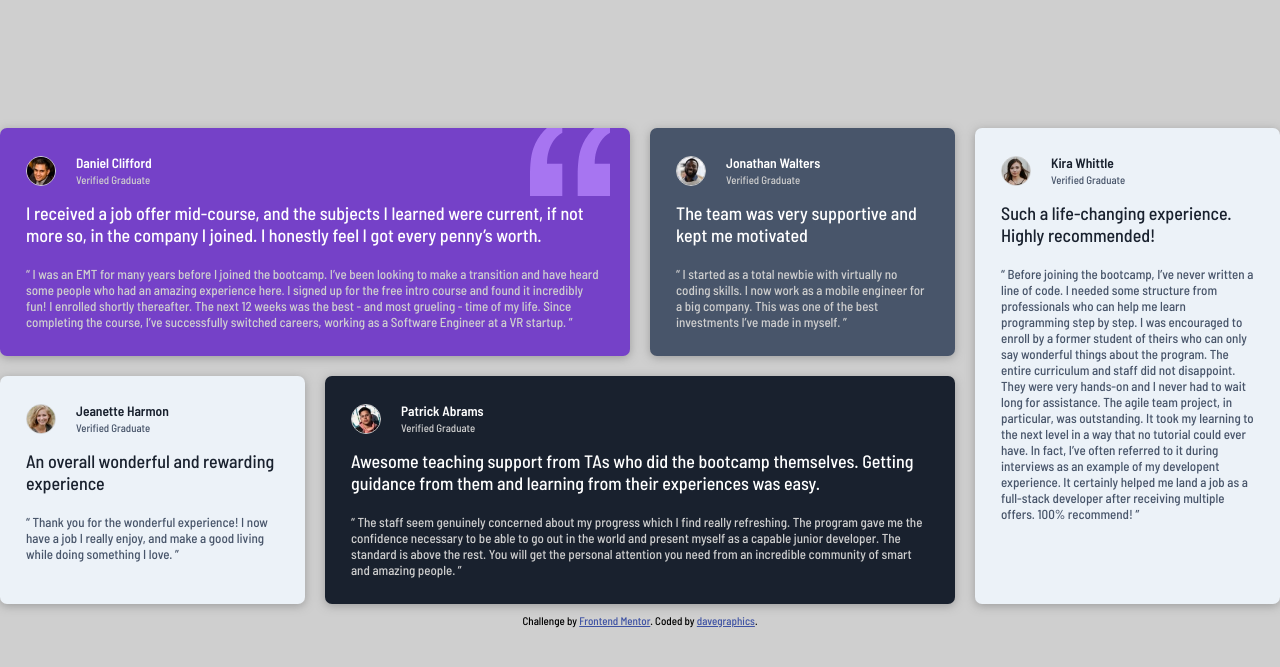
Repository: DejV44/testimonials_grid_section_main
Page: index.html
An editor plug-in stored every save of this project. The page is shown before and after the next save, followed by the edit.
The browser window is 1280 px wide. The pictures show the whole page.
The style sheet was rebuilt from its Sass, Less or Tailwind sources for each picture, by a compiler version that may differ from the author's.

Above is the page before, as saved 2021-07-15 21:11:56.

### index.html
<!DOCTYPE html>
<html lang="en">

<head>
  <meta charset="UTF-8">
  <meta name="viewport" content="width=device-width, initial-scale=1.0">
  <link rel="stylesheet" href="css/style.css">
  <link rel="icon" type="image/png" sizes="32x32" href="./images/favicon-32x32.png">
  <title>Frontend Mentor | Testimonials grid section</title>
</head>

<body>
  <div class="container">
    <div class="cards violet">
      <img class="quoation" src="./images/bg-pattern-quotation.svg" alt="quoation">
      <div class="image">
        <img src="./images/image-daniel.jpg" alt="image-daniel">
        <div>
          <h4>Daniel Clifford</h4>
          <small>Verified Graduate</small>
        </div>
      </div>
      <p>I received a job offer mid-course, and the subjects I learned were current, if not more so,
        in the company I joined. I honestly feel I got every penny’s worth.</p>
      <blockquote>“ I was an EMT for many years before I joined the bootcamp. I’ve been looking to make a
        transition and have heard some people who had an amazing experience here. I signed up
        for the free intro course and found it incredibly fun! I enrolled shortly thereafter.
        The next 12 weeks was the best - and most grueling - time of my life. Since completing
        the course, I’ve successfully switched careers, working as a Software Engineer at a VR startup. ”</blockquote>
    </div>
    <div class="cards darkgray">
      <div class="image">
        <img src="./images/image-jonathan.jpg" alt="image-jonathan">
        <div>
          <h4>Jonathan Walters</h4>
          <small>Verified Graduate</small>
        </div>
      </div>
      <p>The team was very supportive and kept me motivated</p>
      <blockquote>“ I started as a total newbie with virtually no coding skills. I now work as a mobile engineer
        for a big company. This was one of the best investments I’ve made in myself. ”</blockquote>
    </div>
    <div class="cards lgblue">
      <div class="image">
        <img src="./images/image-jeanette.jpg" alt="image-jeanette">
        <div>
          <h4>Jeanette Harmon</h4>
          <small>Verified Graduate</small>
        </div>
      </div>
      <p>An overall wonderful and rewarding experience</p>
      <blockquote>“ Thank you for the wonderful experience! I now have a job I really enjoy, and make a good living
        while doing something I love. ”</blockquote>
    </div>
    <div class="cards dbblue">
      <div class="image">
        <img src="./images/image-patrick.jpg" alt="image-patrick">
        <div>
          <h4>Patrick Abrams</h4>
          <small>Verified Graduate</small>
        </div>
      </div>
      <p>Awesome teaching support from TAs who did the bootcamp themselves. Getting guidance from them and
        learning from their experiences was easy.</p>
      <blockquote>“ The staff seem genuinely concerned about my progress which I find really refreshing. The program
        gave me the confidence necessary to be able to go out in the world and present myself as a capable
        junior developer. The standard is above the rest. You will get the personal attention you need from
        an incredible community of smart and amazing people. ”</blockquote>
    </div>
    <div class="cards lgblue_b">
      <div class="image">
        <img src="./images/image-kira.jpg" alt="image-kira">
        <div>
          <h4>Kira Whittle</h4>
          <small>Verified Graduate</small>
        </div>
      </div>
      <p>Such a life-changing experience. Highly recommended!</p>
      <blockquote>“ Before joining the bootcamp, I’ve never written a line of code. I needed some structure from
        professionals who can help me learn programming step by step. I was encouraged to enroll by a former
        student of theirs who can only say wonderful things about the program. The entire curriculum and staff
        did not disappoint. They were very hands-on and I never had to wait long for assistance. The agile team
        project, in particular, was outstanding. It took my learning to the next level in a way that no tutorial
        could ever have. In fact, I’ve often referred to it during interviews as an example of my developent
        experience. It certainly helped me land a job as a full-stack developer after receiving multiple offers.
        100% recommend! ”</blockquote>
    </div>
  </div>
  <div class="attribution">
    Challenge by <a href="https://www.frontendmentor.io?ref=challenge" target="_blank">Frontend Mentor</a>.
    Coded by <a href="#">davegraphics</a>.
  </div>
</body>

</html>

### css/style.scss
@import url("https://fonts.googleapis.com/css2?family=Barlow+Semi+Condensed:wght@500;600&display=swap");

$ModerateViolet: hsl(263, 55%, 52%);
$VeryDarkGrayishBlue: hsl(217, 19%, 35%);
$VeryDarkBlackishBlue: hsl(219, 29%, 14%);
$White: hsl(0, 0%, 100%);
$LightGray: hsl(0, 0%, 81%);
$LightGrayishBlue: hsl(210, 46%, 95%);

* {
  margin: 0;
  padding: 0;
  box-sizing: border-box;
}

body {
  font-size: 13px;
  font-family: "Barlow Semi Condensed", sans-serif;
  background-color: $LightGray;

  .container {
    display: grid;
    grid-template-columns: 1fr;
    margin: 20px;
    gap: 20px;
    .cards {
      position: relative;
      padding: 2em;
      border-radius: 7px;
      box-shadow: rgba(128, 128, 128, 0.637) 0 2px 10px;

      &.violet {
          overflow: hidden;
        background-color: $ModerateViolet;
        .quoation {
            position: absolute;
            right: 20px;
            top: -10px;
            width: 80px;
            overflow: hidden;

        }
      }

      &.darkgray {
        background-color: $VeryDarkGrayishBlue;
      }

      &.lgblue {
        background-color: $LightGrayishBlue;
        p {
          color: $VeryDarkBlackishBlue;
        }
        blockquote {
          color: $VeryDarkGrayishBlue;
        }
        .image {
          h4 {
            color: $VeryDarkBlackishBlue;
          }
          small {
            color: $VeryDarkGrayishBlue;
          }
        }
      }

      &.lgblue_b {
        background-color: $LightGrayishBlue;
        p {
          color: $VeryDarkBlackishBlue;
        }
        blockquote {
          color: $VeryDarkGrayishBlue;
        }
        .image {
          h4 {
            color: $VeryDarkBlackishBlue;
          }
          small {
            color: $VeryDarkGrayishBlue;
          }
        }
      }
      &.dbblue {
        background-color: $VeryDarkBlackishBlue;
      }

      .image {
        display: flex;
        margin-bottom: 15px;
        align-items: center;

        img {
          border-radius: 50%;
          width: 30px;
          height: 30px;
          margin-right: 20px;
          border: 1px solid $LightGray;
        }

        h4 {
          color: $White;
          font-size: 13.5px;
        }

        small {
          color: $LightGray;
        }
      }

      blockquote {
        color: $LightGray;
        padding-top: 20px;
      }
      p {
        color: $White;
        font-size: 18px;
      }
    }
  }

  @media (min-width: 640px) {
    .container {
      grid-template-columns: repeat(2, 1fr);
    }
  }

  @media (min-width: 1280px) {
    .container {
      margin: 10% auto 10px auto;
      max-width: 1280px;
      grid-template-columns: repeat(4, 1fr);
      .cards {
        &.violet {
          grid-column: 1/3;
        }
        &.lgblue_b {
          grid-column: 4;
          grid-row: 1/3;
        }
        &.dbblue {
          grid-column: 2/4;
        }
      }
    }
  }

  .attribution {
    font-size: 11px;
    text-align: center;
  }
  .attribution a {
    color: hsl(228, 45%, 44%);
  }
}

After the next save:
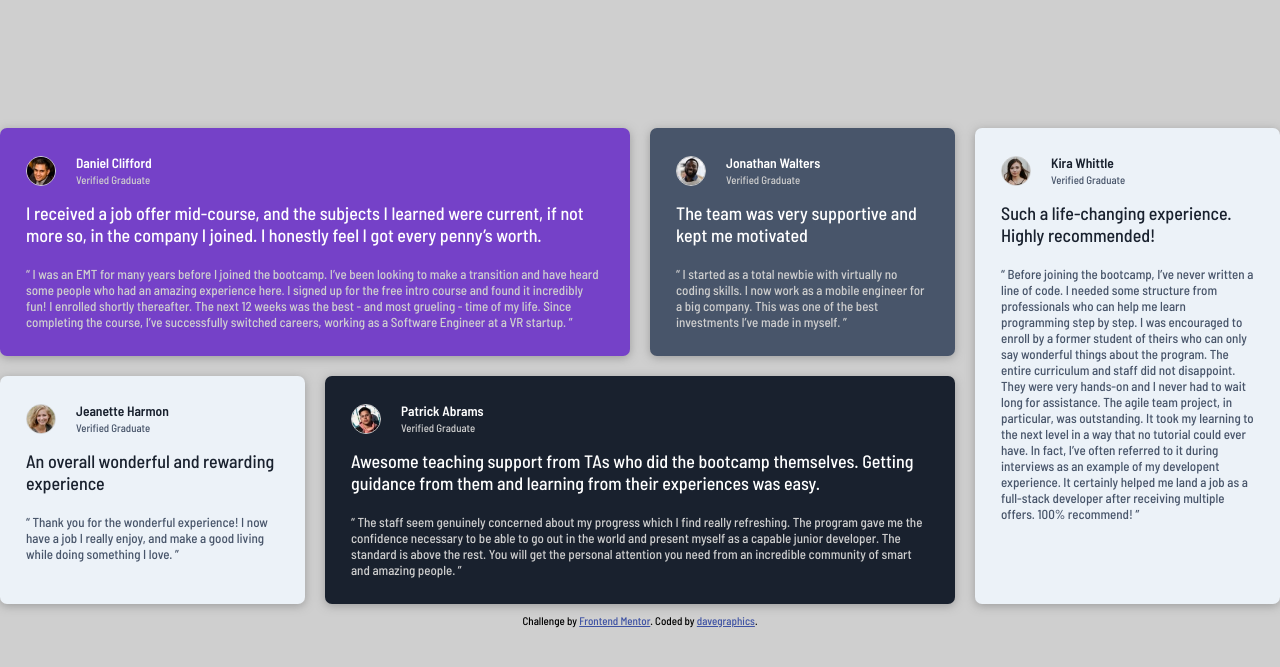
Saved 51 s later.
--- a/css/style.scss
+++ b/css/style.scss
@@ -37,7 +37,7 @@
             right: 20px;
             top: -10px;
             width: 80px;
-            overflow: hidden;
+            visibility: collapse;
 
         }
       }

After the save that followed:
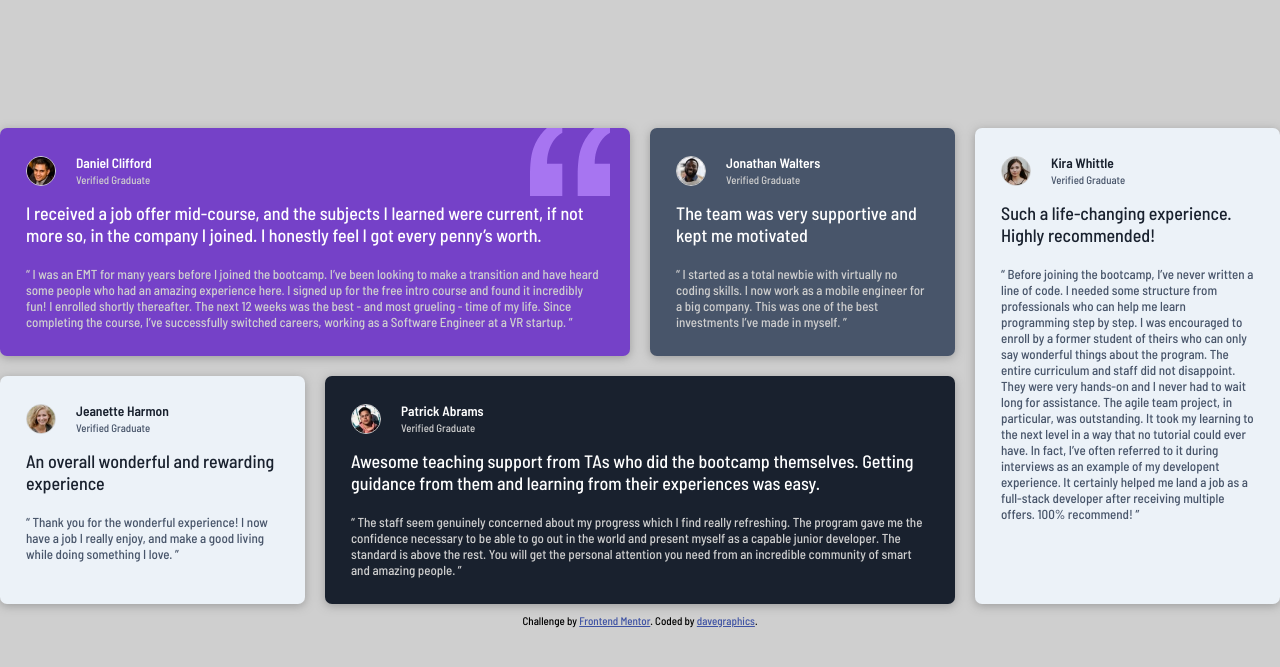
Saved 4 s later.
--- a/css/style.scss
+++ b/css/style.scss
@@ -37,7 +37,7 @@
             right: 20px;
             top: -10px;
             width: 80px;
-            visibility: collapse;
+
 
         }
       }
